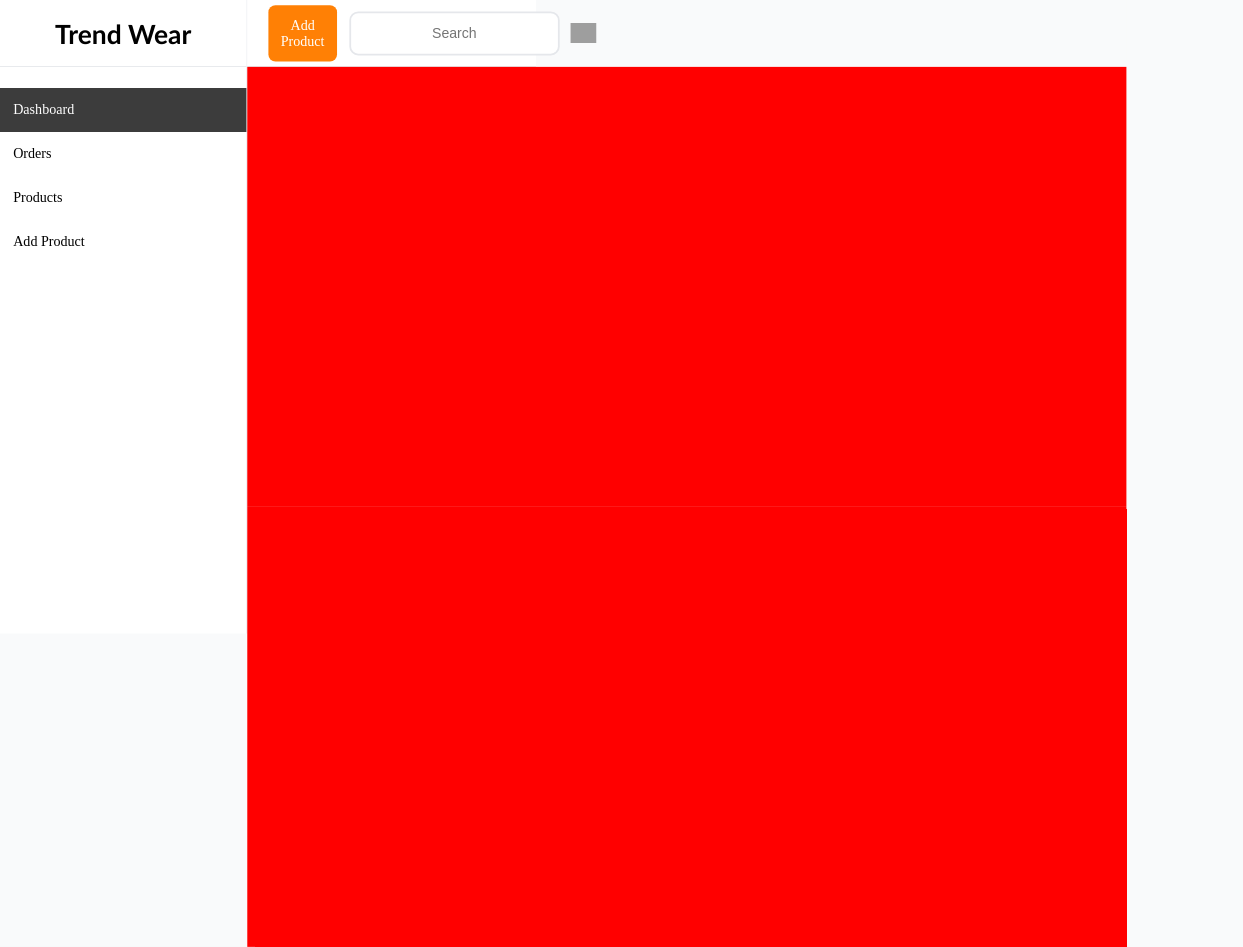
Repository: ahmad-dev7/TrendWear
Page: / (app in trend_wear_dashboard/)
The author's editor kept a copy of each file at every save. The page is drawn from the files as they stood at one save, then again after the next save.
The browser window is 1280 px wide. The page is 1280 px wide, then 1413 px, so the pictures cover 1413 px, including what lies to the right of the window. The pictures show the whole page, at 88% of full size.
Pictures or frames that could not be fetched are drawn as grey boxes. The project was rebuilt for these pictures with package versions that can differ from the ones it lists, and the page was loaded fresh each time. Also part of the build but not shown: trend_wear_dashboard/vite.config.ts.

Above is the page before, as saved 2025-01-19 19:59:42.

After the next save:
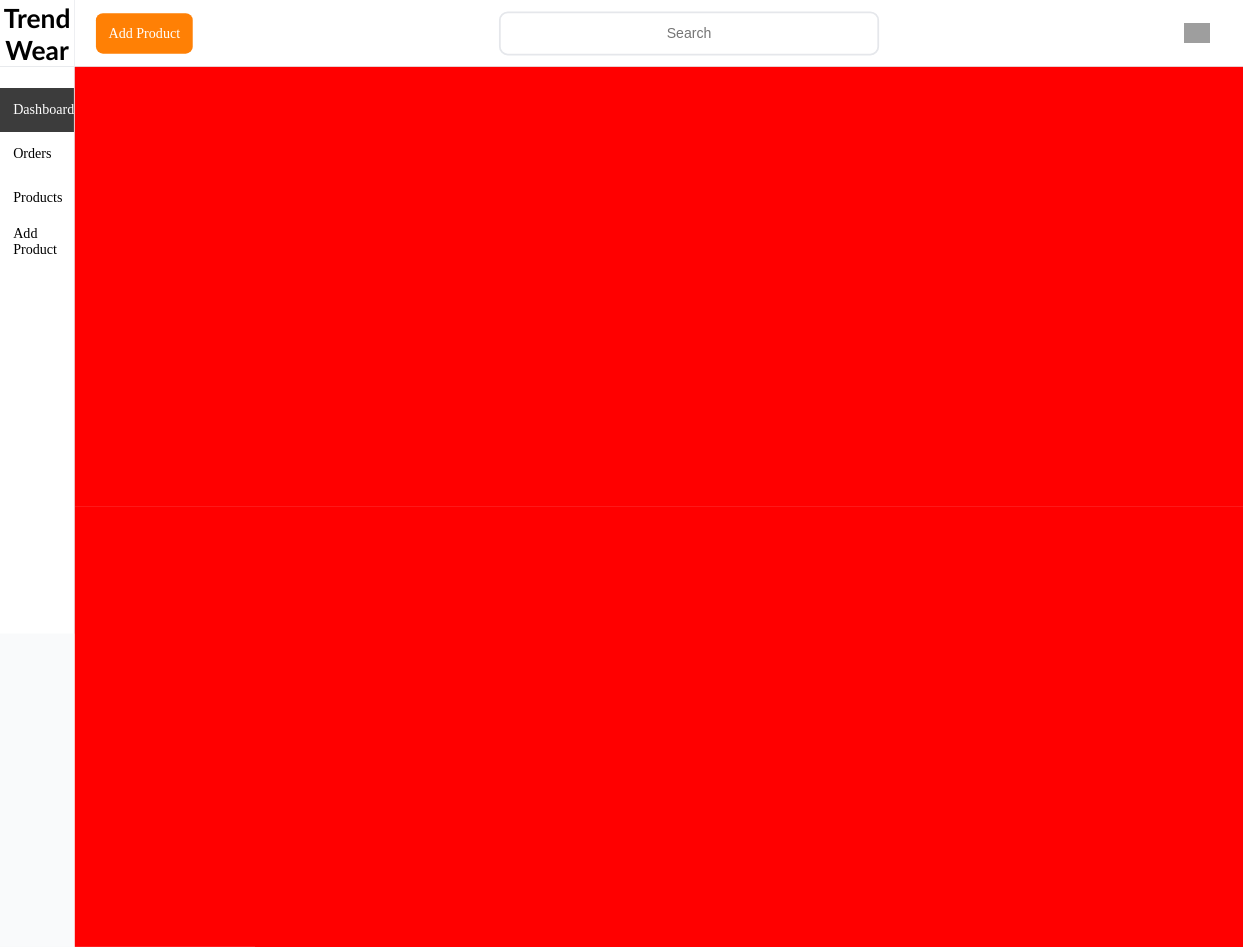
Saved 20 s later.
--- a/trend_wear_dashboard/src/Navbar/Navbar.css
+++ b/trend_wear_dashboard/src/Navbar/Navbar.css
@@ -5,7 +5,7 @@
     padding: 0 24px;
     background-color: white;
     height: 75px;
-    width: 280px;
+    width: 100vw;
     border-bottom: 1px solid #e5e7eb;
 }
 
